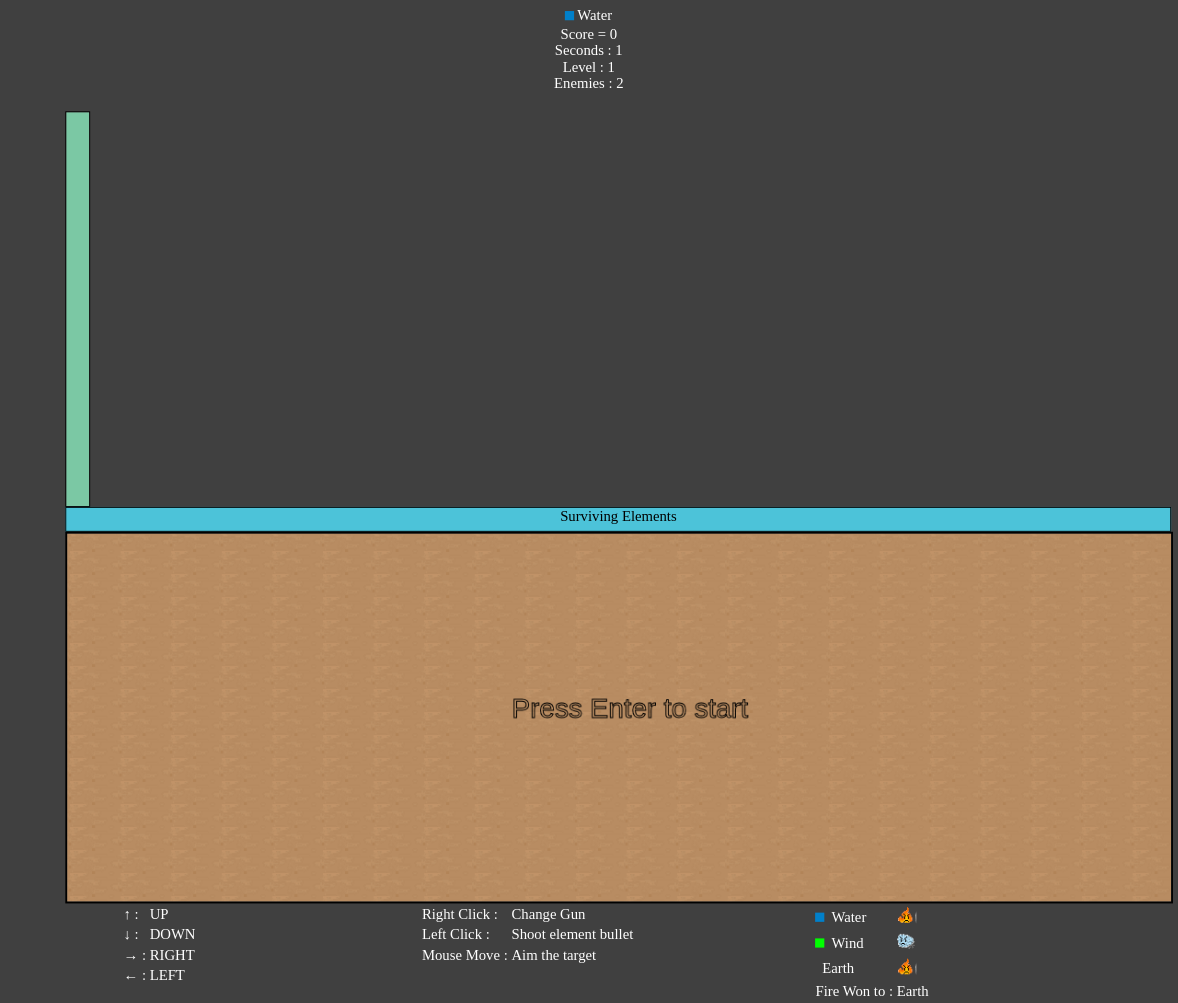
Repository: Pabloitto/Surviving-elements
Page: Surviving-Elements/index.html
The author's editor kept a record of every edit. The page is drawn from the files as they stood at one moment, then again after the next edit.
The browser window is 1280 px wide. The pictures show the whole page, at 92% of full size.

Above is the page before.

### Surviving-Elements/index.html
<!DOCTYPE html>
<html>
<head>
  <meta charset="utf-8">
  <title>Surviving Elements</title>
  <link rel="stylesheet" type="text/css" href="css/styles.css">
</head>
<body>
  <div align="center"></div>
    <div id="divGame">
   		<div class="elements" style="height:100px;">
    		<div style="margin-left:46%;height:20px;width:100px;">
    		  <span id="current"></span><label id="nameElement" class="name"></label>
    		</div>
    		<div id="score"></div>
    		<div id="time"></div>
    		<div id="txtlevel"></div>
    		<div id="txtenemies"></div>
     	</div>
     	<div class="center">
       	<canvas id="progresscanvas" class="progresscanvas"></canvas>
  			<div class="top">Surviving Elements</div>
        <canvas id="canvas" class="maincanvas" style="border:2px solid #000000;"></canvas>
        <div class="controls center">
          <table style="float:left">
            <tr>
              <td>↑ : </td><td>UP</td>
            </tr>
            <tr>
              <td>↓ : </td><td>DOWN</td>
            </tr>
            <tr>
              <td>→ : </td><td>RIGHT</td>
            </tr>
            <tr>
              <td>← : </td><td>LEFT</td>
            </tr>
          </table>
          <table style="float:left;margin-left:25%;">
             <tr>
              <td>Right Click : </td><td>Change Gun</td>
            </tr>
            <tr>
              <td>Left Click : </td><td>Shoot element bullet</td>
            </tr>
            <tr>
              <td>Mouse Move : </td><td>Aim the target</td>
            </tr>
          </table>
            <table style="float:left;margin-left:20%;">
            <tr>
              <td>
                <span id="current" class="Water"></span>
                <label class="name">Water</label>
              </td>
              <td>
                <span class="spriteElements fire"></span>
              </td>
            </tr>
            <tr>
              <td>
                <span id="current" class="Wind"></span>
                <label class="name">Wind</label>
              </td>
              <td>
                <span class="spriteElements wind"></span>
              </td>
            </tr>
            <tr>
              <td>
                <span id="current" class="Earth"></span>
                <label class="name">Earth</label>
              </td>
              <td>
                <span class="spriteElements fire"></span>
              </td>
            </tr>
            <tr>
              <td>Fire Won to : </td><td>Earth</td>
            </tr>
          </table>
        </div>
      </div>
    </div>
</body>
<script type="text/javascript" src="core/main.js"></script>
<script type="text/javascript" src="dom/domtools.js"></script>
<script type="text/javascript" src="collitions/collitionTools.js"></script>
<script type="text/javascript" src="core/utils/imagesfactory.js"></script>
<script type="text/javascript" src="core/utils/soundsfactory.js"></script>
<script type="text/javascript" src="listeners/keyevent.js"></script>
<script type="text/javascript" src="listeners/mouseevent.js"></script>
<script type="text/javascript" src="models/shape.js"></script>
<script type="text/javascript" src="models/progressbar.js"></script>
<script type="text/javascript" src="models/bg.js"></script>
<script type="text/javascript" src="models/particle.js"></script>
<script type="text/javascript" src="models/explosion.js"></script>
<script type="text/javascript" src="models/element.js"></script>
<script type="text/javascript" src="models/cursor.js"></script>
<script type="text/javascript" src="models/bullet.js"></script>
<script type="text/javascript" src="models/energybar.js"></script>
<script type="text/javascript" src="models/hero.js"></script>
<script type="text/javascript" src="models/enemy.js"></script>
<script type="text/javascript" src="core/game.js"></script>
<script type="text/javascript" src="painters/herodrawable.js"></script>
<script type="text/javascript" src="painters/explosiondrawable.js"></script>
<script type="text/javascript" src="painters/bulletdrawable.js"></script>
<script type="text/javascript" src="painters/energybardrawable.js"></script>
<script type="text/javascript" src="painters/enemydrawable.js"></script>
<script type="text/javascript" src="painters/backgrounddrawable.js"></script>
<script type="text/javascript" src="painters/progressbardrawable.js"></script>
</html>

### Surviving-Elements/css/styles.css
canvas {cursor: none;}
body{
	background-color:#404040;
}
.Water{
	background-color: #0180CA;
	height:10px;
	width:10px;
}
.Ground{
	background-color: #655619;
	height:10px;
	width:10px;
}
.Wind{
	background-color: #00FF00;
	height:10px;
	width:10px;
}
.Fire{
	background-color: #CA0F01;
	height:10px;
	width:10px;
}
.fire { display: inline-block;padding-left:4%;width: 20px; height: 20px; background-position: 0px 0px; }
.rock { display: inline-block;padding-left:4%;width: 20px; height: 20px; background-position: -20px 0px; }
.water { display: inline-block;padding-left:4%;width: 20px; height: 20px; background-position: -40px 0px; }
.wind { display: inline-block;padding-left:4%;width: 20px; height: 20px; background-position: -60px 0px; }
.center{
	margin-top:1%;
	margin-left:5%;
}
.elements{
	text-align: center;
}
.maincanvas{
	float:left;
	width:1200px;
	height:400px;
}
.progresscanvas{
	border:solid 1px;
	float:left;
	width:25px;
	height:428px;
}
.top{
	border:solid 1px;
	background-color:#4CC3D9;
	text-align: center;
	float:left;
	width:1200px;
	height:25px;
}
.elements > div{
	color:white;
}
.controls{
	width:80%;
	color:white;
}
#current{
	display: inline-block;
}
.name{
	padding-left:4%;
}
.spriteElements {
	background-image: url('../resources/img/sprite_elements.png');
	background-color: transparent; background-repeat: no-repeat;
	height:20px;
}
#elementRules tr td{
	width:100px;
}

### Surviving-Elements/core/main.js
window.$ = {};
$.es = '';
$.elements= ['Water','Ground','Fire','Wind'];
$.PI2 = Math.PI * 2;
window.onload = function(){
    $.Game();
};

### Surviving-Elements/dom/domtools.js
$.get = function(id){
      return document.getElementById(id);
};
$.attr = function(e,options){
    for (var prop in options) {
        e[prop] = options[prop];
    }
};

### Surviving-Elements/collitions/collitionTools.js
$.intersect = function(a,b){
    return (Math.abs(a.x - b.x) < (a.width + b.width) / 2) &&
        	(Math.abs(a.y - b.y) < (a.height + b.height) / 2);
};
$.intersectWithArray = function(o,elements){
    var r = 0;
	for (var i = 0; i < elements.length; i++) {
		if($.intersect(o,elements[i])){
			r = {e : elements[i] , i : i};
			break;
		}
	}
	return r;
};

### Surviving-Elements/core/utils/imagesfactory.js
$.ImageFactory=(function(){
    var path = 'resources/img/',
        ext = '.png',
        loaded={};

    function getImg(name){
        var image = null;
        if(!loaded[name + ext]){
            image = new Image();
            image.src = path + name + ext;
            loaded[name + ext] = image;
        }else{
            image = loaded[name + ext];
        }
        return image;
    }

    return {
        getImg : getImg
    }
}())
$.Sprite = (function(){
    function getSprite(name,pos){
        var image = $.ImageFactory.getImg(name);
        return {
            image : image,
            pos : pos
        }
    }

    return {
        getSprite : getSprite
    }
}())

### Surviving-Elements/core/utils/soundsfactory.js
$.SoundsFactory=(function(){
    var path = 'resources/sounds/',
        ext = '.wav',
        loaded = {};

    function play(name,loop){
        var audio = null;
        if(!loaded[name + ext]){
            audio = new Audio(path + name + ext);
            loaded[name + ext] = audio;
        }else{
            audio = loaded[name + ext];
        }
        if(loop){
            audio.loop = true;
        }
        audio.play();
    }
    function stop(name){
        var audio = loaded[name + ext];
        if(audio){
            audio.pause();
            audio.currentTime = 0;
        }
    }
    return {
        play : play,
        stop : stop
    }
}())

### Surviving-Elements/listeners/keyevent.js
$.KEY_CODES = {
        UP : 38,
        DOWN : 40,
        LEFT: 37,
        RIGHT:39,
        R : 114,
        r : 82,
        ENTER : 13
};
$.KeyEventListener=function(o){
    var keys = [];

    function init(){
        bindEvents();
    }

    function bindEvents(){
        o.element.addEventListener('keyup',onKeyUp,false);
        o.element.addEventListener('keydown',onKeyDown,false);
    }

    function onKeyDown(e){
		keys[e.keyCode] = 1;
		if(e.keyCode === $.KEY_CODES.r || e.keyCode === $.KEY_CODES.R){
		    o.restart();
		}
		if(e.keyCode === $.KEY_CODES.ENTER){
		    o.start();
		}
	}
	function onKeyUp(e){
		keys[e.keyCode] = 0;
	}
    function getKeys(){
        return keys;
    }

    init();

    return {
        getKeys : getKeys
    };
};

### Surviving-Elements/listeners/mouseevent.js
$.MouseEventListener=function(o){
    function init(){
        bindEvents();
    }

    function bindEvents(){
        o.element.addEventListener('mousemove',onMouseMove,false);
        o.element.addEventListener('mousedown',onMouseClick,false);
        document.addEventListener('contextmenu',onOpenContext,false);
    }
    function onMouseMove(e){
		var x = getFixedX(e),
			y = getFixedY(e);
		o.onMouseMove(x,y);
	}
    function onMouseClick(e){
		var x = getFixedX(e),
			y = getFixedY(e);
		o.onClick(x,y,e.button);
	}
	function onOpenContext(event){
        event.preventDefault();
    }
	function getFixedX(e){
		return e.clientX - o.element.offsetLeft;
	}
	function getFixedY(e){
		return e.clientY - o.element.offsetTop;
	}
    init();
};

### Surviving-Elements/models/shape.js
$.Shape = (function () {
	function Shape() {}
	Shape.prototype.speed = 1;
	Shape.prototype.x = 10;
	Shape.prototype.y = 10;
	Shape.prototype.width = 32;
	Shape.prototype.height = 32;
	Shape.prototype.vy = 0;
	Shape.prototype.vx = 0;
	Shape.prototype.id = '';
	Shape.prototype.calculateAngle = function(xTarget , yTarget){
		return Math.atan2(yTarget - this.y, xTarget - this.x) * 180 / Math.PI;
	}
	Shape.prototype.calculateDirection = function(vectors){
		var angle = this.calculateAngle(vectors.target.x,vectors.target.y),
			radians = angle * Math.PI/ 180;
		this.vx = Math.cos(radians) * this.speed;
	    this.vy = Math.sin(radians) * this.speed;
	}
	Shape.prototype.generateId=function(){
		var result='', i, j;
		for(j=0; j<32; j++) {
			if( j == 8 || j == 12|| j == 16|| j == 20){
		    	result = result + '-';
		    }
			i = Math.floor(Math.random()*16).toString(16).toUpperCase();
		    result = result + i;
		}
		return result;
	}
	return Shape;
})();

### Surviving-Elements/models/progressbar.js
$.ProgressBar= (function(shape){
	function ProgressBar(w,h){
		this.width = w;
		this.height = h;
		this.x = 0;
		this.y = 0;
	}
	ProgressBar.prototype = Object.create(shape.prototype);
	return ProgressBar;
})($.Shape);

### Surviving-Elements/models/bg.js
$.Bg= (function(shape){
	function Bg(w,h){
		this.x = 0;
		this.y = 0;
		this.width = w;
		this.height = h;
		this.offset_y = 25;
		this.offset_x = 55;
		this.spd = 1;
	}
	Bg.prototype = Object.create(shape.prototype);
	Bg.prototype.move = function(k){
		if (k[$.KEY_CODES.UP]) {
			if(this.y > 0){
				this.y -= this.spd;
			}
	    }
	    if (k[$.KEY_CODES.DOWN]) {
	    	if(this.y < this.offset_y){
				this.y += this.spd;
			}
	    }
	}
	Bg.prototype.getImage = function(){
		return $.ImageFactory.getImg('bg');
	}
	return Bg;
})($.Shape);

### Surviving-Elements/models/particle.js
$.Particle= (function(shape){
	var moveBy = 10;
	function Particle(cX,cY){
		this.x = cX;
		this.y = cY;
		this.radius = 1.0;
		this.vx = (-this.radius * (moveBy / 2)) + Math.random() * moveBy;
		this.vy = Math.random() * moveBy;
	}
	Particle.prototype = Object.create(shape.prototype);
	Particle.prototype.move = function(){
		this.x += this.vx;
		this.y += this.vy;
		this.radius = Math.max(this.radius - 0.05, 0.0);
	}
	return Particle;
})($.Shape);

### Surviving-Elements/models/explosion.js
$.Explosion = (function(shape){
	function Explosion(){
		this.x = 0;
		this.y = 0;
		this.particles = [];
		this.length = 40;
		this.isExploting = 0;
	}
	Explosion.prototype.explote = function(){
		if(this.isExploting){
			for(var k = 0; k < this.length; k++) {
				this.particles.push(new $.Particle(this.x,this.y));
			}
		}
	};
	Explosion.prototype.create = function(x,y,color){
		this.x = x;
		this.y = y;
		this.color = color;
		this.isExploting = 1;
	};
	return Explosion;
})($.Shape);

### Surviving-Elements/models/element.js
$.Element = function(){
	return {
		getRandomElement : function(){
			var	r = Math.floor(Math.random()*($.elements.length)),
				e = $.elements[r];
			return this.types[e];
		},
		types : {
			Water : {
				name : 'Water',
				color : '#0180CA',
				sprite : $.Sprite.getSprite('sprite_elements',{x : 40 , y : 0})
			},
			Fire : {
				name : 'Fire',
				sprite : $.Sprite.getSprite('sprite_elements',{x : 0 , y : 0})
			},
			Ground : {
				name : 'Ground',
				sprite : $.Sprite.getSprite('sprite_elements',{x : 20 , y : 0})
			},
			Wind :{
				name : 'Wind',
				sprite : $.Sprite.getSprite('sprite_elements',{x : 60 , y : 0})
			}
		},
		getWinner:function(e1,e2){
			return {
				'Water' : e2.element.name === 'Fire' ? e1 : null,
				'Fire' : e2.element.name === 'Ground' ? e1 : null,
				'Ground' : e2.element.name === 'Wind' ? e1 : null,
				'Wind' : e2.element.name === 'Water' ? e1 : null
			}[e1.element.name];
		},
		compare:function(e1 , e2){
			if(e1.element.name === e2.element.name){
				return 0;
			}
			switch (e1.element.name) {
				case 'Fire':
					return e2.element.name === 'Ground' ? 1 : -1;
				case 'Water':
					return e2.element.name === 'Fire' ? 1 : -1;
				case 'Ground':
					return e2.element.name === 'Wind' ? 1 : -1;
				case 'Wind':
					return e2.element.name === 'Water' ? 1 : -1;
			}
		}
	}
};

### Surviving-Elements/models/cursor.js
$.Cursor = (function (shape) {
	function Cursor() {
		this.color = '#614126';
	}
	Cursor.prototype = Object.create(shape.prototype);
	Cursor.prototype.move = function(e){
		this.x = e.x;
		this.y = e.y;
	};
	Cursor.prototype.getImage = function(){
		return $.ImageFactory.getImg('pointer');
	};
	return Cursor;
})($.Shape);

### Surviving-Elements/models/bullet.js
$.Bullet = (function (shape) {
	var vectors = null;
	function Bullet(v) {
		vectors = v;
		this.speed = 50;
		this.x = vectors.origin.x;
		this.y = vectors.origin.y;
		this.size = 3;
		this.element = $.es;
		this.color = this.element.color;
		this.calculateDirection(vectors);
	}
	Bullet.prototype = Object.create(shape.prototype);
	Bullet.prototype.move = function(){
		this.x += this.vx;
		this.y += this.vy;
	};
	return Bullet;

})($.Shape);

### Surviving-Elements/models/energybar.js
$.EnergyBar = (function (shape) {
	function EnergyBar(model) {
		this.x = model.x;
		this.y = model.y - (this.height * 4);
		this.width = (model.health) * 10;
		this.height = 5;
		this.strokeColor = "black";
		this.fillColor = "red";
	}
	EnergyBar.prototype = Object.create(shape.prototype);
	EnergyBar.prototype.move = function(model){
		this.x = model.x;
		this.y = model.y - (this.height * 4);
	};
	return EnergyBar;
})($.Shape);

### Surviving-Elements/models/hero.js
$.Hero = (function (shape) {
	function Hero(pX , pY) {
		this.x = pX / 2;
		this.y = pY / 2;
		this.health = 5;
		this.bullets = [];
		this.spd = 5;
		this.angle = 0;
		this.frame = 1;
		this.underFire = 0;
		this.cH=pY;
		this.cW=pX;
		this.energybar = new $.EnergyBar(this);
	}
	Hero.prototype = Object.create(shape.prototype);
	Hero.prototype.shot = function(e){
		this.frame = 0;
		var bullet = new $.Bullet({
			origin : {x : this.x + (this.width / 2) , y : this.y + (this.height / 2)},
			target : {x : e.x , y : e.y}
		});
		if(this.bullets.length === 0){
			this.underFire = 1;
			this.bullets.push(bullet);
		}
	};
	Hero.prototype.getImage = function(){
		return $.ImageFactory.getImg('sprites');
	};
	Hero.prototype.move = function(k,cb){
		if (k[$.KEY_CODES.UP]) {
			if((this.y - this.height / 2) > 0){
				this.y -= this.spd;
				if(!this.underFire){
					this.updateFrame();
				}
			}
	    }
	    if (k[$.KEY_CODES.DOWN]) {
	    	if(this.y < (this.cH - this.height / 2)){
				this.y += this.spd;
				if(!this.underFire){
					this.updateFrame();
				}
	    	}
	    }
	    if (k[$.KEY_CODES.RIGHT]) {
	    	if(this.x < (this.cW - this.width / 2)){
				this.x += this.spd;
				if(!this.underFire){
					this.updateFrame();
				}
	    	}
	    }
	    if (k[$.KEY_CODES.LEFT]) {
	    	if((this.x - this.width / 2) > 0){
				this.x -= this.spd;
				if(!this.underFire){
					this.updateFrame();
				}
	    	}
	    }
	    if(!k[$.KEY_CODES.UP] && !k[$.KEY_CODES.DOWN]&& !k[$.KEY_CODES.LEFT] && !k[$.KEY_CODES.RIGHT]){
	    	if(!this.underFire){
	    		this.frame = 1;
	    	}
	    }else{
	    	cb(k);
	    }
	    this.energybar.move(this);
	};
	Hero.prototype.isAlive = function(){
		return this.health > 0;
	};
	Hero.prototype.updateFrame = function(){
		this.frame = this.frame <= 2 ? this.frame + 1 : 1;
	}
	return Hero;
})($.Shape);

### Surviving-Elements/models/enemy.js
$.Enemy = (function(shape){
	function Enemy(v){
		this.vectors = v;
		this.x = this.vectors.origin.x;
		this.y = this.vectors.origin.y;
		this.element = new $.Element().getRandomElement();
		this.sprite = this.element.sprite;
		this.health = 1;
		this.speed = 1;
		this.maxHealth = 5;
		this.calculateDirection(this.vectors);
		this.id = this.generateId();
		this.isInCollision = 0;
		this.energybar = new $.EnergyBar(this);
		this.width = 20;
		this.height = 20;
	}
	Enemy.prototype = Object.create(shape.prototype);
	Enemy.prototype.move = function(oposite){
		if(this.isInCollision && oposite){
			this.vx = -this.vx;
			this.vy = -this.vy;
		}
		this.x += this.vx;
		this.y += this.vy;
		this.energybar.move(this);
	}
	Enemy.prototype.hurt = function(){
		this.health-=1;
	}
	Enemy.prototype.powerup = function(e){
		if(this.health < this.maxHealth){
			this.health += 1;
			this.speed += 0.1;
			return true;
		}
		return false;
	}
	Enemy.prototype.isAlive = function(){
		return this.health > 1;
	}
	return Enemy;
})($.Shape);

### Surviving-Elements/painters/herodrawable.js
$.HeroDrawable = function(h){
    var hero;
    function init(){
        hero = h;
    }
    function draw(ctx){
        var sprite = hero.getSprite();
		ctx.save();
		ctx.translate(hero.x, hero.y);
		ctx.rotate(hero.angle * Math.PI/180);
		ctx.drawImage(sprite.image,
		        sprite.pos.x,
				sprite.pos.y,
				hero.width,
           		hero.height,
				-(hero.width/2),
				-(hero.height/2),
				hero.width,
           		hero.height);
		ctx.restore();
    }
    init();
    return {
        draw: draw
    }
};

### Surviving-Elements/painters/explosiondrawable.js
$.ExplosionDrawable = function(e){
    var explosion;
    function init(){
        explosion = e;
    }
    function draw(ctx){
        for(var i = 0; i < explosion.particles.length; i++) {
			var current = explosion.particles[i];
			ctx.beginPath();
			ctx.fillStyle = explosion.color;
			if (current.radius > 0) {
				ctx.arc(current.x, current.y, current.radius, 0, $.PI2, false);
			}
			ctx.fill();
			current.move();
		}
    }
    init();
    return {
        draw: draw
    }
};

### Surviving-Elements/painters/bulletdrawable.js
$.BulletDrawable = function(b){
    var bullet;
    function init(){
        bullet = b;
    }
    function draw(ctx){
        bullet.move();
        ctx.fillStyle = bullet.color;
	    ctx.arc(bullet.x,bullet.y,bullet.size,0,$.PI2,true);
		ctx.closePath();
    }
    init();
    return {
        draw: draw
    }
};

### Surviving-Elements/painters/energybardrawable.js
$.EnergyBarDrawable = function(b){
    var bar;
    function init(){
        bar = b;
    }
    function draw(ctx,life,canIncrement){
        ctx.beginPath();
        ctx.strokeStyle = bar.strokeColor;
        ctx.rect(bar.x,bar.y, canIncrement ? (life || 1) * 10 : bar.width,bar.height);
        ctx.stroke();
        ctx.closePath();

        ctx.beginPath();
        ctx.fillStyle = bar.fillColor;
        ctx.fillRect(bar.x,bar.y,(life || 1) * 10 ,bar.height);
        ctx.closePath();
    }
    init();
    return {
        draw: draw
    }
};

### Surviving-Elements/painters/enemydrawable.js
$.EnemyDrawable = function(e){
    var enemy;
    function init(){
        enemy = e;
    }
    function draw(ctx){
        ctx.drawImage(enemy.sprite.image,
				enemy.sprite.pos.x,
				enemy.sprite.pos.y,
				enemy.width,
           		enemy.height,
				enemy.x,
				enemy.y,
				enemy.width,
           		enemy.height);
    }
    init();
    return {
        draw: draw
    }
};

### Surviving-Elements/painters/backgrounddrawable.js
$.BgDrawable = function(bg){
    var background;
    function init(){
        background = bg;
    }
    function draw(ctxBg,cW,cH){
       var img = background.getImage(),w=0,h =0;
	    for (; w<cW; w += background.width) {
	        for (;h<cH; h += background.height) {
	            ctxBg.drawImage(img, (w + background.x) - 55, h + background.y);
	        }
	    }
		for (w=0; w<cW;w+=background.width) {
	        for (h=0; h < cH; h += background.height) {
	            ctxBg.drawImage(img, w + background.x, h + background.y);
	        }
	    }
	    for (w=0;w < cW; w += background.width) {
	        for (h=0; h < cH; h += background.height) {
	            ctxBg.drawImage(img, w + background.x, (h + background.y) - 25);
	        }
	    }
    }
    init();
    return {
        draw: draw
    }
};

### Surviving-Elements/painters/progressbardrawable.js
$.ProgressBarDrawable = function(p){
    var pb;
    function init(){
        pb = p;
    }
    function draw(ctx, totalEnemies , countEnemies){
        ctx.fillStyle="#7BC8A4";
        ctx.fillRect(pb.x,pb.y,pb.width,pb.height);
        var partial = (countEnemies * pb.height) / totalEnemies;

        ctx.fillRect(pb.x ,pb.width / 2,pb.width,-partial);
    }
    init();
    return {
        draw: draw
    }
};

Loaded but not shown: Surviving-Elements/core/game.js (318 lines, source omitted)

After the next edit:
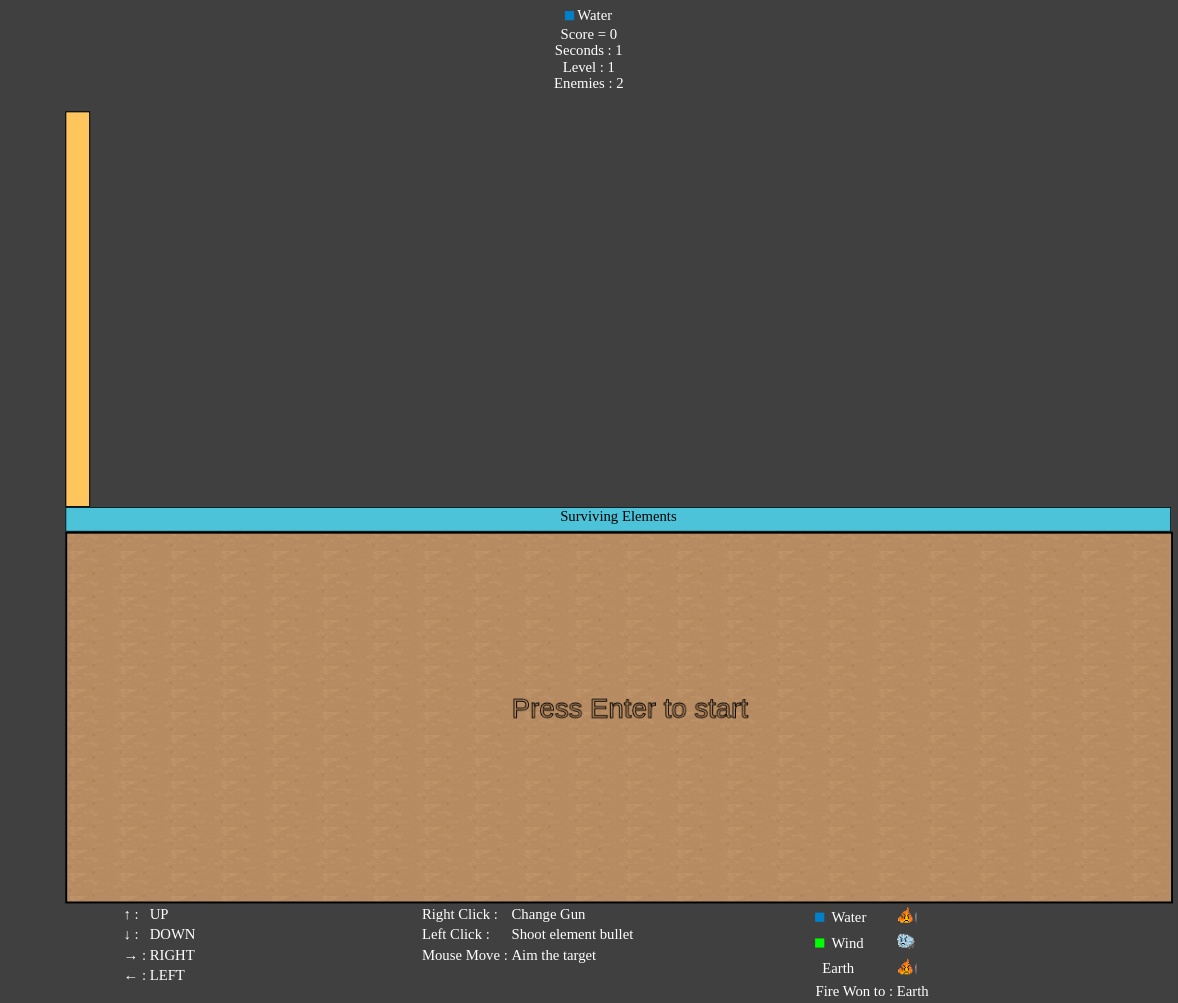
The edit:
--- a/Surviving-Elements/painters/progressbardrawable.js
+++ b/Surviving-Elements/painters/progressbardrawable.js
@@ -4,7 +4,8 @@
         pb = p;
     }
     function draw(ctx, totalEnemies , countEnemies){
-        ctx.fillStyle="#7BC8A4";
+        ctx.fillStyle="#FFC65D";
+
         ctx.fillRect(pb.x,pb.y,pb.width,pb.height);
         var partial = (countEnemies * pb.height) / totalEnemies;
 
